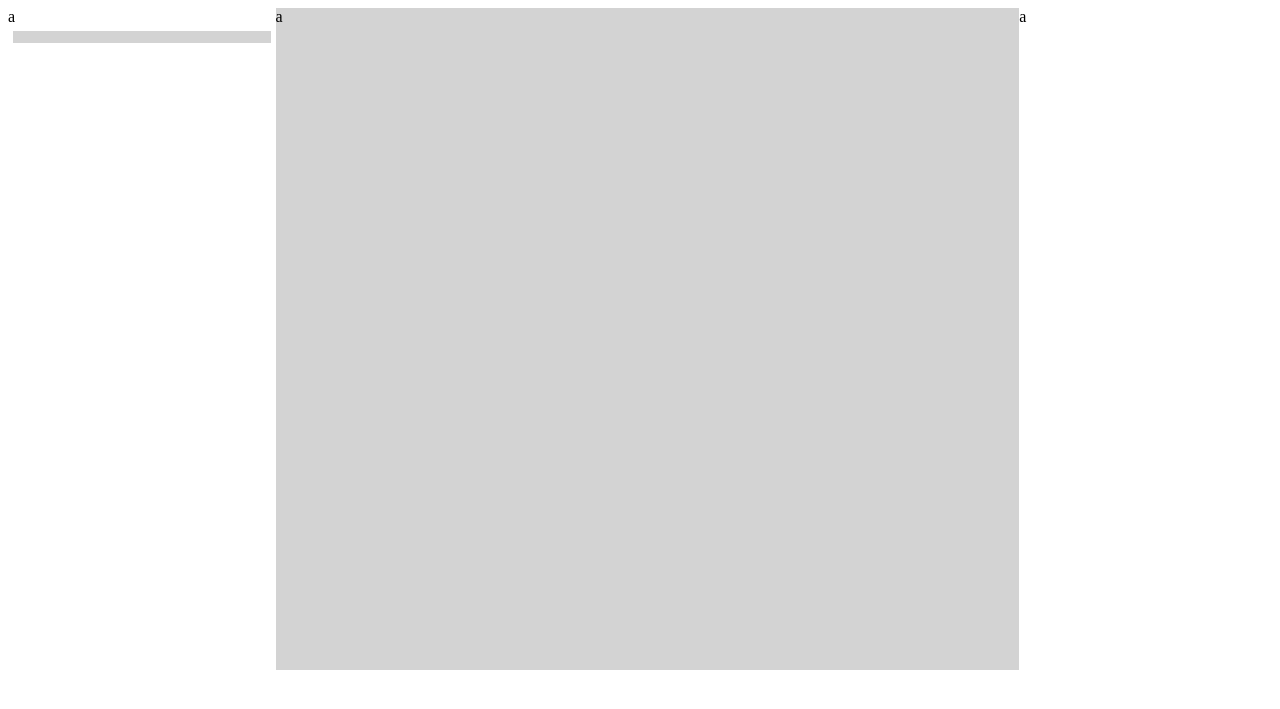
Repository: tr2cky/exercise2
Page: index.html
An editor plug-in stored every save of this project. The page is shown before and after the next save, followed by the edit.
The browser window is 1280 px wide. The pictures show the whole page.

Above is the page before, as saved 2022-10-01 10:53:38.

### index.html
<!DOCTYPE html>
<html lang="en">
<head>
    <meta charset="UTF-8">
    <meta http-equiv="X-UA-Compatible" content="IE=edge">
    <meta name="viewport" content="width=device-width, initial-scale=1.0">
    <link rel="stylesheet" href="style.css">
    <title>Document</title>
</head>
<body>
    <div class="container">
        <div class="side1">
            a
            <div class="sidec" id="a"></div>
            <div class="sidec" id="b"></div>
            <div class="sidec" id="c"></div>
            <div class="sidec" id="d"></div>
            <div class="sidec" id="f"></div>
            <div class="sidec" id="g"></div>
            <div class="sidec" id="h"></div>
            <div class="sidec" id="j"></div>

        </div>
        <main>
a
        </main>
        <div class="side2">
                a
        </div>
    </div>
</body>
</html>

### style.css
.container {
    display: flex;
    flex-direction: row;
    height: 92vh;
}
main {
    flex-grow: 3;
    background-color: lightgray;
}
.side1 {
    flex-grow: 1;
    display: flex;
    flex-direction: column;
}
.side2 {
    flex-grow: 1;
}
.sidec {
    background-color: lightgray;
}
#a {
    border: 1px solid lightgray;
    padding: 5px;
    margin: 5px;
}

After the next save:
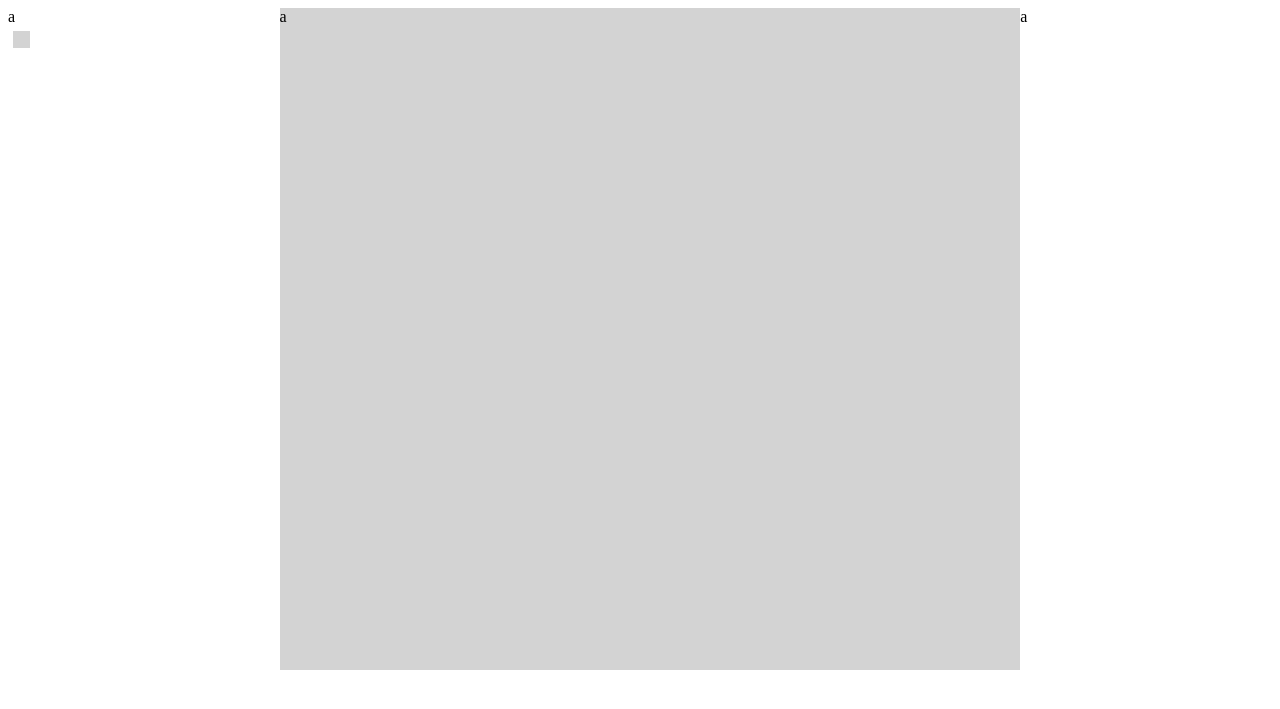
Saved 18 s later.
--- a/style.css
+++ b/style.css
@@ -20,6 +20,8 @@ main {
 }
 #a {
     border: 1px solid lightgray;
+    width: 5px;
+    height: 5px;
     padding: 5px;
     margin: 5px;
 }
